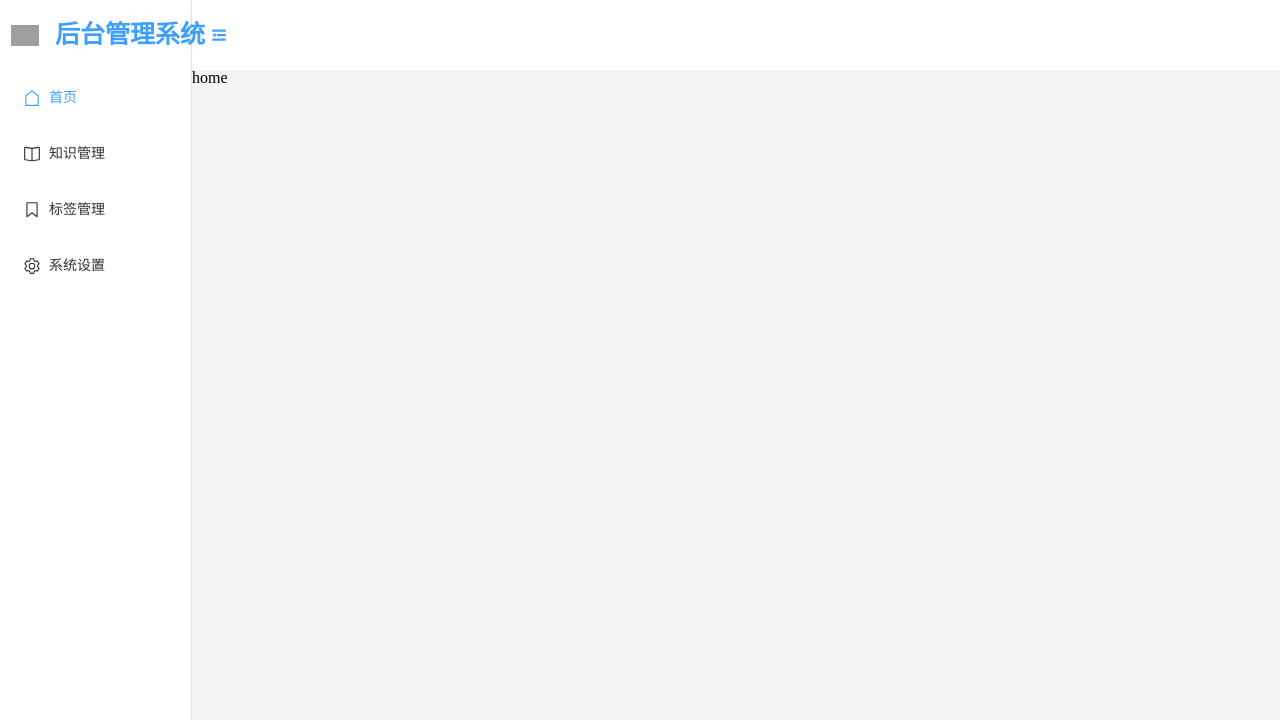
Repository: serrrN/admin
Page: /
An editor plug-in stored every save of this project. The page is shown before and after the next save, followed by the edit.
The browser window is 1280 px wide. The pictures show the whole page.
Pictures or frames that could not be fetched are drawn as grey boxes. The project was rebuilt for these pictures with package versions that can differ from the ones it lists, and the page was loaded fresh each time. Also part of the build but not shown: vite.config.ts, src/styles/index.scss.

Above is the page before, as saved 2024-06-05 16:56:25.

After the next save:
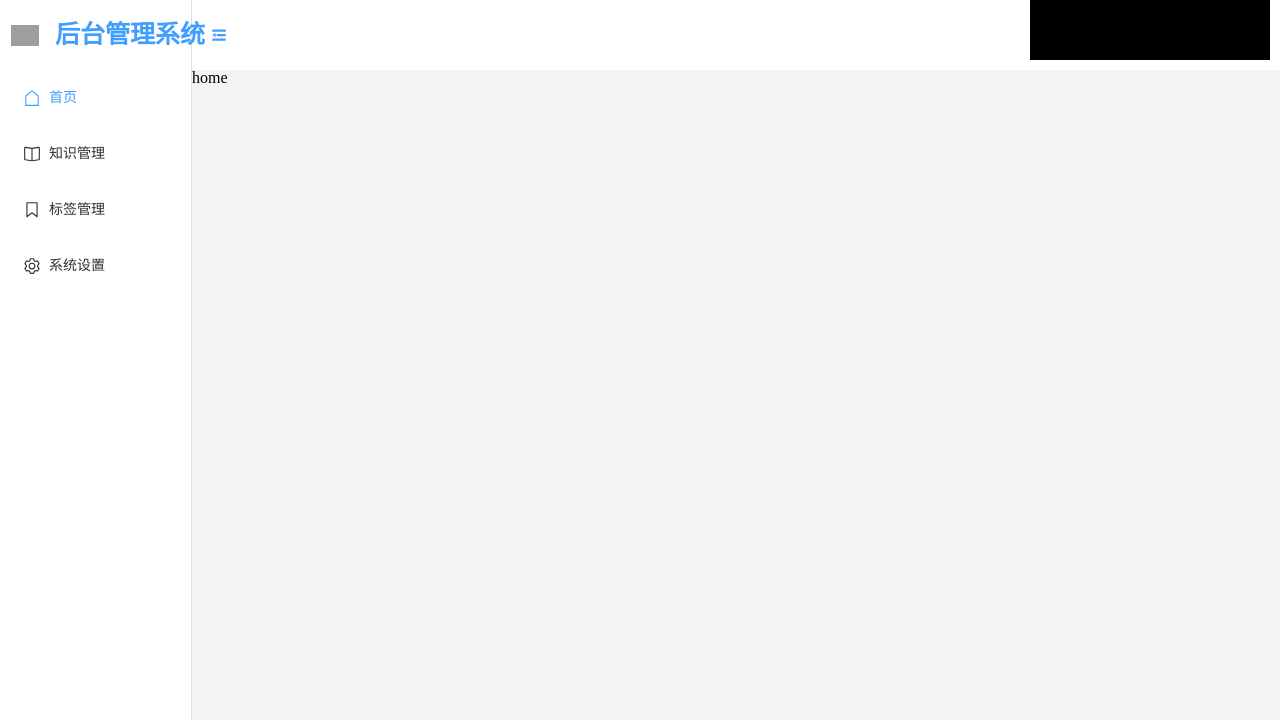
Saved 22 s later.
--- a/src/layout/header/menu/index.vue
+++ b/src/layout/header/menu/index.vue
@@ -6,7 +6,7 @@
 .header-menu {
   width: calc(240px);
   height: calc(60px);
-  background-color: white;
+  background-color: black;
   display: flex;
   justify-content: center;
   align-items: center;
